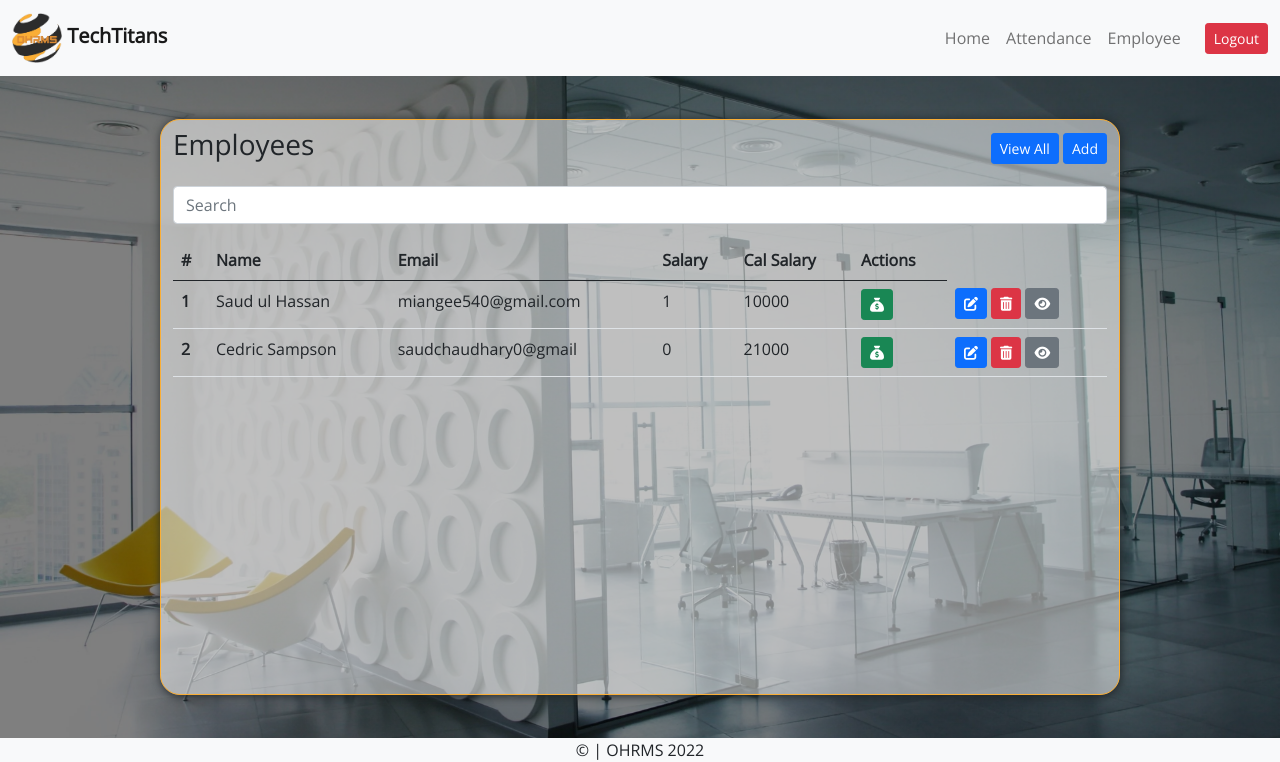
Repository: SaudCh/PHP-OHRMS
Page: http://localhost/ohrm/admin/employee
The author's editor kept a copy of each file at every save. The page is drawn from the files as they stood at one save, then again after the next save.
The browser window is 1280 px wide. The pictures show the whole page.
Some web libraries are served in a nearby version. The page is run by PHP 8.4 with error messages shown; the project is at /var/www/html/. The session is filled in as if someone had signed in: {"admin": "admin@ohrm.com"}. Other server files are loaded and not shown. The database holds what the project's SQL file puts in it.

Above is the page before, as saved 2022-06-15 22:55:21.

### admin/employee.php
<!DOCTYPE html>
<html lang="en">

<head>
    <meta charset="UTF-8">
    <meta http-equiv="X-UA-Compatible" content="IE=edge">
    <meta name="viewport" content="width=device-width, initial-scale=1.0">
    <?php require "../assets/includes/link.includes.php" ?>
    <link rel="stylesheet" href="./assets/css/admin-styles.css">
    <script src="https://ajax.googleapis.com/ajax/libs/jquery/3.6.0/jquery.min.js"></script>

    <title>Employee</title>

</head>

<body>
    <?php require "./assets/Components/header.php" ?>

    <div class="container-fluid profile-body">
        <div class="row align-items-center justify-content-center" style="min-height: 92vh;">

            <div class="card col-11 col-md-9 cus-card" style="min-height: 80vh;">
                <div class="d-flex align-items-center justify-content-between mt-2">
                    <h3>Employees</h3>
                    <div>
                        <a href="employee" class="btn btn-sm btn-primary">View All</a>
                        <a href="add-employee" class="btn btn-sm btn-primary">Add</a>
                    </div>
                </div>
                <div class="my-3">
                    <input type="text" class="form-control" id="search-employee" placeholder="Search">
                </div>
                <?php require "../assets/includes/alert.includes.php" ?>

                <div style="height:60vh;overflow-y:scroll;" id="cus-scroll">
                    <table class="table">
                        <thead>
                            <tr>
                                <th scope="col">#</th>
                                <th scope="col">Name</th>
                                <th scope="col">Email</th>
                                <th scope="col">Salary</th>
                                <th scope="col">Cal Salary</th>
                                <th scope="col">Actions</th>

                            </tr>
                        </thead>
                        <tbody id="employee-data">

                            <?php
                            $sql = "select * from employee";
                            $results = mysqli_query($con, $sql);
                            $rescheck = mysqli_num_rows($results);
                            $count = 0;
                            if ($rescheck > 0) {
                                while ($row = mysqli_fetch_assoc($results)) {
                                    $count++;
                            ?>
                                    <tr>
                                        <th scope="row"><?= $count ?></th>
                                        <td><?= $row["name"] ?></td>
                                        <td><?= $row['emailAddress'] ?></td>
                                        <td>
                                            <?= $row['empStatus'] ?>
                                        </td>
                                        <td>
                                            <?= $row['salary'] ?>
                                        </td>
                                        <td>
                                            <a href="edit-salary?id=<?= $row['empId'] ?>" class="btn btn-sm btn-success"><i class="fa-solid fa-sack-dollar"></i></a>

                                        </td>
                                        <td>
                                            <a href="edit-employee?id=<?= $row['empId'] ?>" class="btn btn-sm btn-primary"><i class="fa-solid fa-pen-to-square"></i></a>
                                            <a href="assets/includes/delete-employee.includes.php?id=<?= $row['empId'] ?>" class="btn btn-sm btn-danger"><i class="fa-solid fa-trash-can"></i></a>
                                            <a href="view-employee?id=<?= $row['empId'] ?>" class="btn btn-sm btn-secondary"><i class="fa-solid fa-eye"></i></a>

                                        </td>


                                    </tr>
                            <?php }
                            } ?>
                        </tbody>
                    </table>
                </div>
            </div>
        </div>
    </div>
    <?php require "./assets/Components/footer.php" ?>

    <script>
        $(document).ready(function() {
            $("#search-employee").keyup(function() {
                var search = $(this).val();
                $.ajax({
                    url: 'search-employee.php',
                    method: 'post',
                    data: {
                        query: search
                    },
                    success: function(response) {
                        $("#employee-data").html(response);
                    }
                });
            });
        });
    </script>
</body>

</html>

### assets/includes/link.includes.php
<link href="https://cdn.jsdelivr.net/npm/bootstrap@5.0.2/dist/css/bootstrap.min.css" rel="stylesheet" integrity="sha384-EVSTQN3/azprG1Anm3QDgpJLIm9Nao0Yz1ztcQTwFspd3yD65VohhpuuCOmLASjC" crossorigin="anonymous">
<script src="https://cdn.jsdelivr.net/npm/bootstrap@5.0.2/dist/js/bootstrap.bundle.min.js" integrity="sha384-MrcW6ZMFYlzcLA8Nl+NtUVF0sA7MsXsP1UyJoMp4YLEuNSfAP+JcXn/tWtIaxVXM" crossorigin="anonymous"></script>
<script src="https://cdn.jsdelivr.net/npm/@popperjs/core@2.9.2/dist/umd/popper.min.js" integrity="sha384-IQsoLXl5PILFhosVNubq5LC7Qb9DXgDA9i+tQ8Zj3iwWAwPtgFTxbJ8NT4GN1R8p" crossorigin="anonymous"></script>
<script src="https://cdn.jsdelivr.net/npm/bootstrap@5.0.2/dist/js/bootstrap.min.js" integrity="sha384-cVKIPhGWiC2Al4u+LWgxfKTRIcfu0JTxR+EQDz/bgldoEyl4H0zUF0QKbrJ0EcQF" crossorigin="anonymous"></script>

<script src="https://kit.fontawesome.com/5d60ba127b.js" crossorigin="anonymous"></script>

<link rel="stylesheet" href="./assets/css/style.css" type="text/css">
<link rel="stylesheet" href="./assets/css/footer.css" type="text/css">

<link rel="preconnect" href="https://fonts.googleapis.com">
<link rel="preconnect" href="https://fonts.gstatic.com" crossorigin>
<link href="https://fonts.googleapis.com/css2?family=Open+Sans&display=swap" rel="stylesheet">


<style>
    .link {
        text-decoration: none;
    }
    *{
        font-family: 'Open Sans', sans-serif;
    }
</style>

### admin/assets/Components/header.php
<?php
session_start();
$email = '';

include '../assets/config/dbconfig.php';

if (isset($_SESSION['admin'])) {
    $email = $_SESSION['admin'];
} else {
    header("location: login");
}
?>
<nav class="navbar navbar-expand-lg navbar-light bg-light">
    <div class="container-fluid">
        <a class="navbar-brand" href="index">
            <img src="../assets/images/logo.png" alt="logo" style="height: 50px;">
            <span class="fw-bold">TechTitans</span>
        </a>
        <button class="navbar-toggler" type="button" data-bs-toggle="collapse" data-bs-target="#navbarSupportedContent" aria-controls="navbarSupportedContent" aria-expanded="false" aria-label="Toggle navigation">
            <span class="navbar-toggler-icon"></span>
        </button>
        <div class="collapse navbar-collapse" id="navbarSupportedContent">
            <ul class="navbar-nav ms-auto me-3 mb-2 mb-lg-0">
                <li class="nav-item">
                    <a class="nav-link" aria-current="page" href="index">Home</a>
                </li>
                <li class="nav-item">
                    <a class="nav-link" href="attendance">Attendance</a>
                </li>
                <li class="nav-item">
                    <a class="nav-link" href="employee">Employee</a>
                </li>
            </ul>
            <?php

            if (isset($_SESSION['admin'])) {
                echo '<a href="./assets/includes/admin-logout.includes.php" class="btn btn-sm btn-danger">Logout</a>';
            } else {
                echo '<a href="login" class="btn btn-sm btn-success">Login</a>';
            }
            ?>


        </div>
    </div>
</nav>

### assets/config/dbconfig.php
<?php
// Database configuration
$dbHost     = "localhost";
$dbUsername = "root";
$dbPassword = "";
$dbName     = "ohrms";

// $dbHost     = "sql309.epizy.com";
// $dbUsername = "epiz_31832295";
// $dbPassword = "tUeUxf7Ppv8";
// $dbName     = "epiz_31832295_ohrms";

// Create database connection
$db = new mysqli($dbHost, $dbUsername, $dbPassword, $dbName);
$con = mysqli_connect($dbHost, $dbUsername, $dbPassword, $dbName);

// Check connection
if ($db->connect_error) {
    die("Connection failed: " . $db->connect_error);
}

### assets/includes/alert.includes.php
<?php if (isset($_GET["suc"])) {
    $msg = $_GET["suc"];
?>
    <div class="alert alert-success" role="alert">
        <?= $msg ?>
    </div>
<?php
} ?>
<?php if (isset($_GET["err"])) {
    $msg = $_GET["err"];
?>
    <div class="alert alert-danger" role="alert">
        <?= $msg ?>
    </div>
<?php
} ?>

### admin/assets/Components/footer.php
<footer class="bg-light text-center">
    <span class="text-center">&copy | OHRMS 2022</span>
</footer>

### admin/assets/css/admin-styles.css
.login-body {
  min-height: 90vh;
  display: flex;
  justify-content: center;
  align-items: center;

  background-image: linear-gradient(
      rgba(250, 174, 54, 0.3),
      rgba(250, 174, 54, 0.3)
    ),
    url("../../../assets/images/4452961.webp");
  background-size: cover;
  background-repeat: no-repeat;
  background-position: center;
}
.login-card {
  background-color: rgba(255, 255, 255, 1);
  box-shadow: 1px 1px 10px;
  border-radius: 20px;
  border-color: #faae36;
}

.profile-body {
  min-height: 90vh;
  background-image: linear-gradient(rgba(0, 0, 0, 0.5), rgba(0, 0, 0, 0.5)),
    url("../../../assets/images/4452961.webp");
  background-size: cover;
  background-repeat: no-repeat;
  background-position: center;
}

.link {
  text-decoration: none;
}
.index-body {
  display: flex;
  justify-content: center;
  align-items: center;

  min-height: 90vh;
  background-image: linear-gradient(rgba(0, 0, 0, 0.5), rgba(0, 0, 0, 0.5)),
    url("../../../assets/images/4452961.webp");
  background-size: cover;
  background-repeat: no-repeat;
  background-position: center;
}
.profile-body {
  min-height: 90vh;
  background-image: linear-gradient(rgba(0, 0, 0, 0.5), rgba(0, 0, 0, 0.5)),
    url("../../../assets/images/4452961.webp");
  background-size: cover;
  background-repeat: no-repeat;
  background-position: center;
}
.cus-card {
  background-color: rgba(255, 255, 255, 0.5);
  box-shadow: 1px 1px 10px;
  border-radius: 20px;
  border-color: #faae36;
}
#cus-scroll::-webkit-scrollbar {
  width: 5px;
}

#cus-scroll::-webkit-scrollbar-track {
  background: #f1f1f1;
}

#cus-scroll::-webkit-scrollbar-thumb {
  background: #888;
}

#cus-scroll::-webkit-scrollbar-thumb:hover {
  background: #555;
}

### assets/css/footer.css
.back-to-top {
  cursor: pointer;
  position: fixed;
  bottom: 30px;
  right: 20px;
  display: none;
  z-index: 10;
}

.footer {
  background-color: #fe9126;
  display: flex;
  color: white;
  z-index: 2;
}

.footer a {
  color: white;
  text-decoration: none;
  font-weight: 500;
}

.footer-links ul {
  text-align: left;
}

.footer-links li {
  list-style: none;
}

.copyright {
  color: white;
  background-color: #fe9126;
}

### sql/ohrms.sql (the tables this page reads)
CREATE TABLE `employee` (
  `empId` int(11) NOT NULL,
  `name` char(50) NOT NULL,
  `phoneNumber` varchar(15) NOT NULL,
  `department` char(10) NOT NULL,
  `emailAddress` varchar(50) NOT NULL,
  `password` varchar(255) NOT NULL,
  `address` varchar(100) NOT NULL,
  `gender` char(10) NOT NULL,
  `salary` int(10) NOT NULL DEFAULT 10000,
  `token` varchar(255) NOT NULL,
  `empStatus` int(1) NOT NULL DEFAULT 0,
  `created` datetime NOT NULL DEFAULT current_timestamp(),
  `tempMail` varchar(20) NOT NULL
) ENGINE=InnoDB DEFAULT CHARSET=utf8mb4;

INSERT INTO `employee` (`empId`, `name`, `phoneNumber`, `department`, `emailAddress`, `password`, `address`, `gender`, `salary`, `token`, `empStatus`, `created`, `tempMail`) VALUES
(49, 'Saud ul Hassan', '03022321605', 'IT', 'miangee540@gmail.com', '$2y$10$tnkPhTnqi.jBUQkl8uiTEePtk4Auc3IYuPundD76d2H41YGcwugUW', '123 B Comsats\r\n123', 'male', 10000, '1bb7c8eb79b1d6be961371dabf6745', 1, '2022-06-13 18:56:53', 'miangee540@gmail.com'),
(51, 'Cedric Sampson', '+16473759896', 'Finance', 'saudchaudhary0@gmail', '$2y$10$8lcl4ARF2QZ6ryeaVm7qlOr02QNJMQFGSRC1rsK8to0F42cu8QcHu', 'Mollitia et et deser', 'female', 21000, '6e4e9ff9110491b8cb7f122b012c2c', 0, '2022-06-13 19:32:44', 'saudchaudhary0@gmail');

ALTER TABLE `employee`
  ADD PRIMARY KEY (`empId`);

ALTER TABLE `employee`
  MODIFY `empId` int(11) NOT NULL AUTO_INCREMENT, AUTO_INCREMENT=52;

Loaded but not shown: assets/css/style.css (common file)

After the next save:
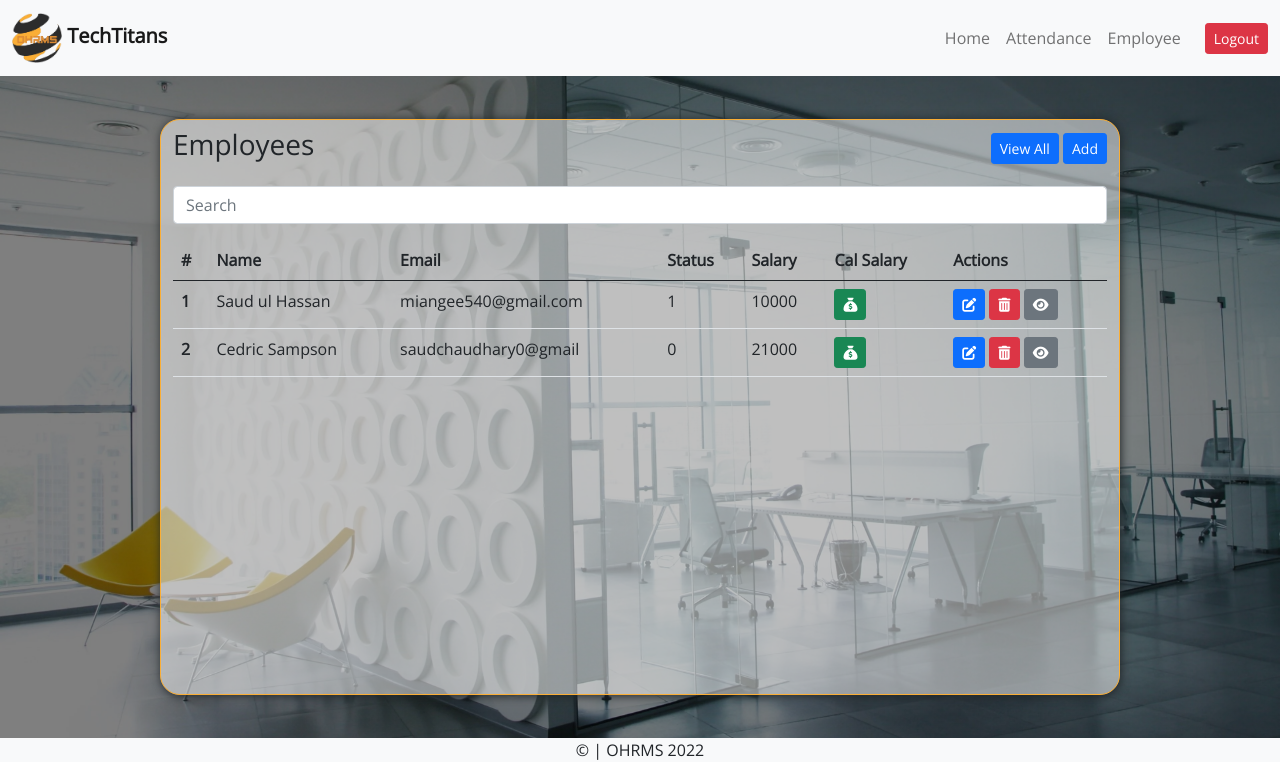
Saved 11 s later.
--- a/admin/employee.php
+++ b/admin/employee.php
@@ -39,6 +39,7 @@
                                 <th scope="col">#</th>
                                 <th scope="col">Name</th>
                                 <th scope="col">Email</th>
+                                <th scope="col">Status</th>
                                 <th scope="col">Salary</th>
                                 <th scope="col">Cal Salary</th>
                                 <th scope="col">Actions</th>
